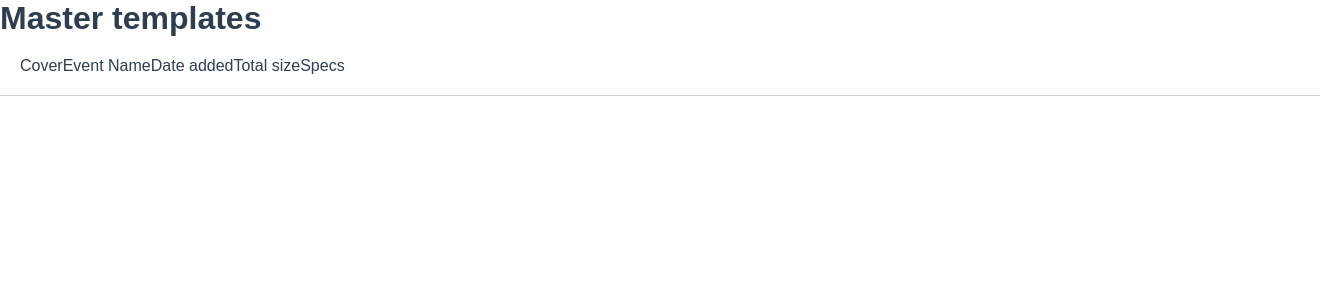
Repository: SyneosAndreia/Allergan_AFA84245_Website
Page: /
These files come from the project's save history. The page is drawn as it stood at one moment and after the next save; the edit follows.
The browser window is 1280 px wide. The page is 1320 px wide, then 1280 px, so the pictures cover 1320 px, including what lies to the right of the window. The pictures show the whole page.
The project was rebuilt for these pictures with package versions that can differ from the ones it lists, and the page was loaded fresh each time. Also part of the build but not shown: vue.config.js.

Above is the page before, as saved 2020-03-11 17:44:06.

### src/main.js
import Vue from 'vue'
import App from './App.vue'
import router from './router'
import store from './store'
import '@/css/global.css'

Vue.config.productionTip = false

new Vue({
  router,
  store,
  render: h => h(App)
}).$mount('#app')

### src/App.vue
<template>
  <div id="app">
    <header>
      <!-- <router-link to="/">Home</router-link> -->
    </header>
    <router-view/>
  </div>
</template>

<style>
#app {
  font-family: Avenir, Helvetica, Arial, sans-serif;
  -webkit-font-smoothing: antialiased;
  -moz-osx-font-smoothing: grayscale;
  text-align: center;
  color: #2c3e50;
}

#nav {
  padding: 30px;
}

#nav a {
  font-weight: bold;
  color: #2c3e50;
}

#nav a.router-link-exact-active {
  color: #42b983;
}
</style>

### src/css/global.css
/* =======
[ RESET ]
========= */
* {
    margin: 0;
    padding: 0;
    font-family: Arial, Helvetica, sans-serif;
}

button {
    padding: 0;
    border: none;
    background: none;
}

h1 {
    font-size: 36;
    text-align: left;
}

.btn-modal {
    background-image: url("../assets/img/info.png");
    width: 74px;
    height: 24px;
    cursor: pointer;
}

/* =======
[ TABLE ]
========= */

.title-wrap,
.presentation-wrap {
    padding: 20px;
}

.element-wrap {
    width: 300px;
    text-align: left
}

### src/views/Home.vue
<template>
  <div>
    <MainPage/>
  </div>
</template>

<script>
// @ is an alias to /src
import MainPage from '@/components/Home.vue'

export default {
  name: 'Home',
  components: {
    MainPage
  }
}
</script>

### src/components/Home.vue
<template>
    <div>
        <h1 class="bold-text">Master templates</h1>
        <div class="title-wrap">
            <div class="tittle-width">Cover</div>
            <div class="tittle-width">Event Name</div>
            <div class="tittle-width">Date added</div>
            <div class="tittle-width">Total size</div>
            <div class="tittle-width">Specs</div>
        </div>
    </div>
</template>


<script>
export default {
    name:'MainPage',
}
</script>

<!-- Add "scoped" attribute to limit CSS to this component only -->
<style scoped>
    h1 {
        font-size: 36;
        text-align: left;

    }

    .bold-text {
        font-weight: bold;
    }

    .title-wrap {
        width: 100%;
        display: flex;
        justify-content: flex-start;
        border-bottom: 1px solid #D1D1D1;
    }
</style>

Loaded but not shown: public/index.html (common file); src/router/index.js (common file); src/store/index.js (common file)

After the next save:
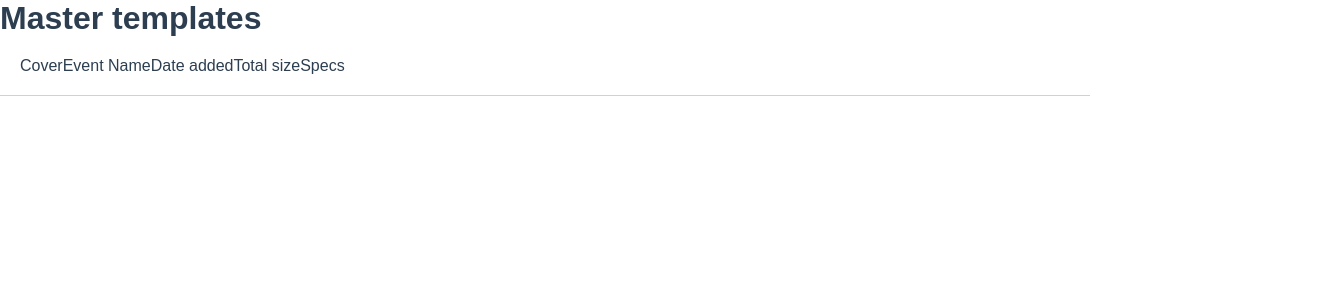
Saved 90 s later.
--- a/src/components/Home.vue
+++ b/src/components/Home.vue
@@ -1,5 +1,5 @@
 <template>
-    <div>
+    <div class="presentation-wrapp">
         <h1 class="bold-text">Master templates</h1>
         <div class="title-wrap">
             <div class="tittle-width">Cover</div>
@@ -25,9 +25,12 @@ export default {
         text-align: left;
 
     }
-
     .bold-text {
         font-weight: bold;
+    }
+
+    .presentation-wrapp {
+        width: 82%;
     }
 
     .title-wrap {
